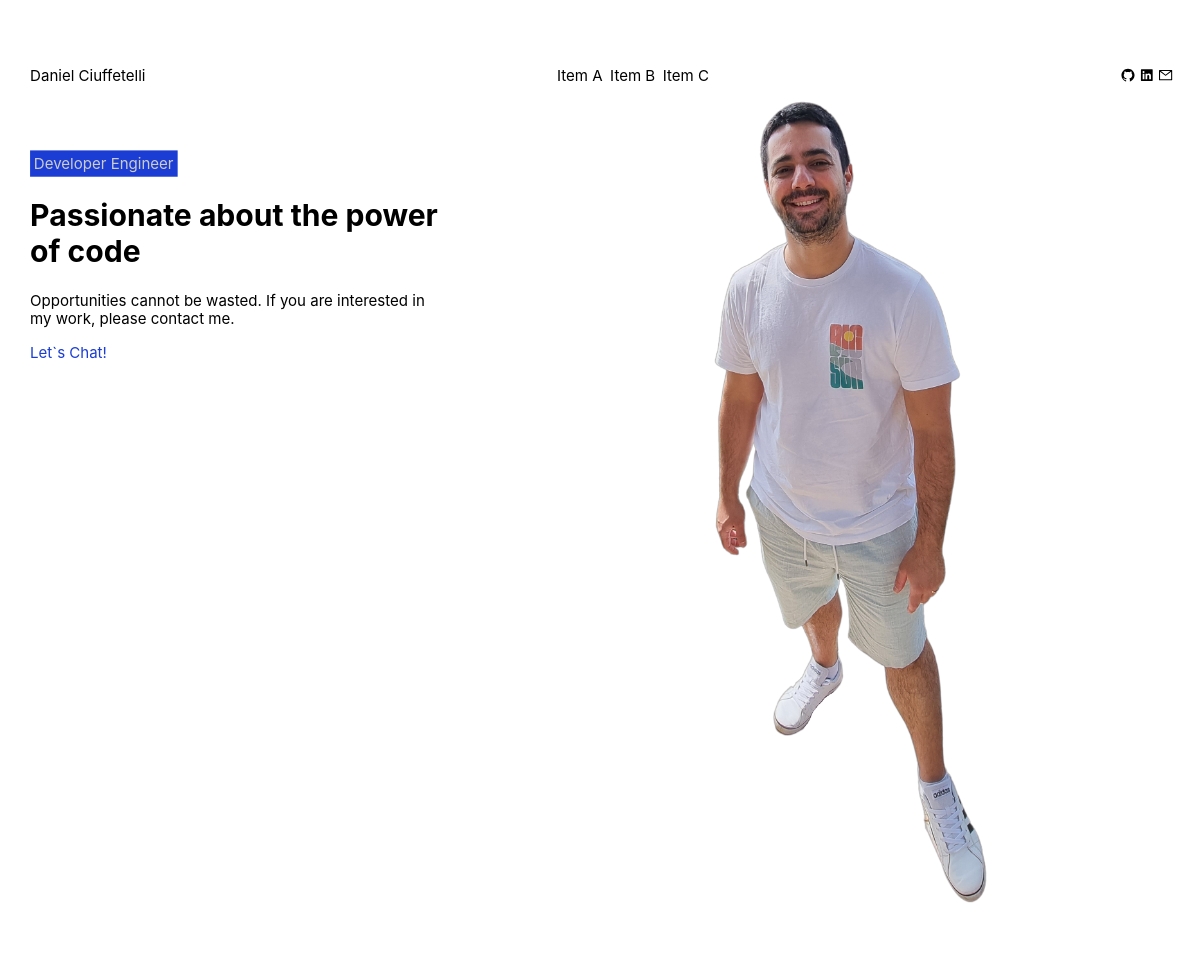
Repository: ciuffetelli/portfolio
Page: /
An editor plug-in stored every save of this project. The page is shown before and after the next save, followed by the edit.
The browser window is 1280 px wide. The pictures show the whole page, at 94% of full size.
The project was rebuilt for these pictures with package versions that can differ from the ones it lists, and the page was loaded fresh each time. The framework's server and built-in components were replaced by stand-ins that run in the browser. Also part of the build but not shown: next.config.js.

Above is the page before, as saved 2022-12-04 16:27:57.

After the next save:
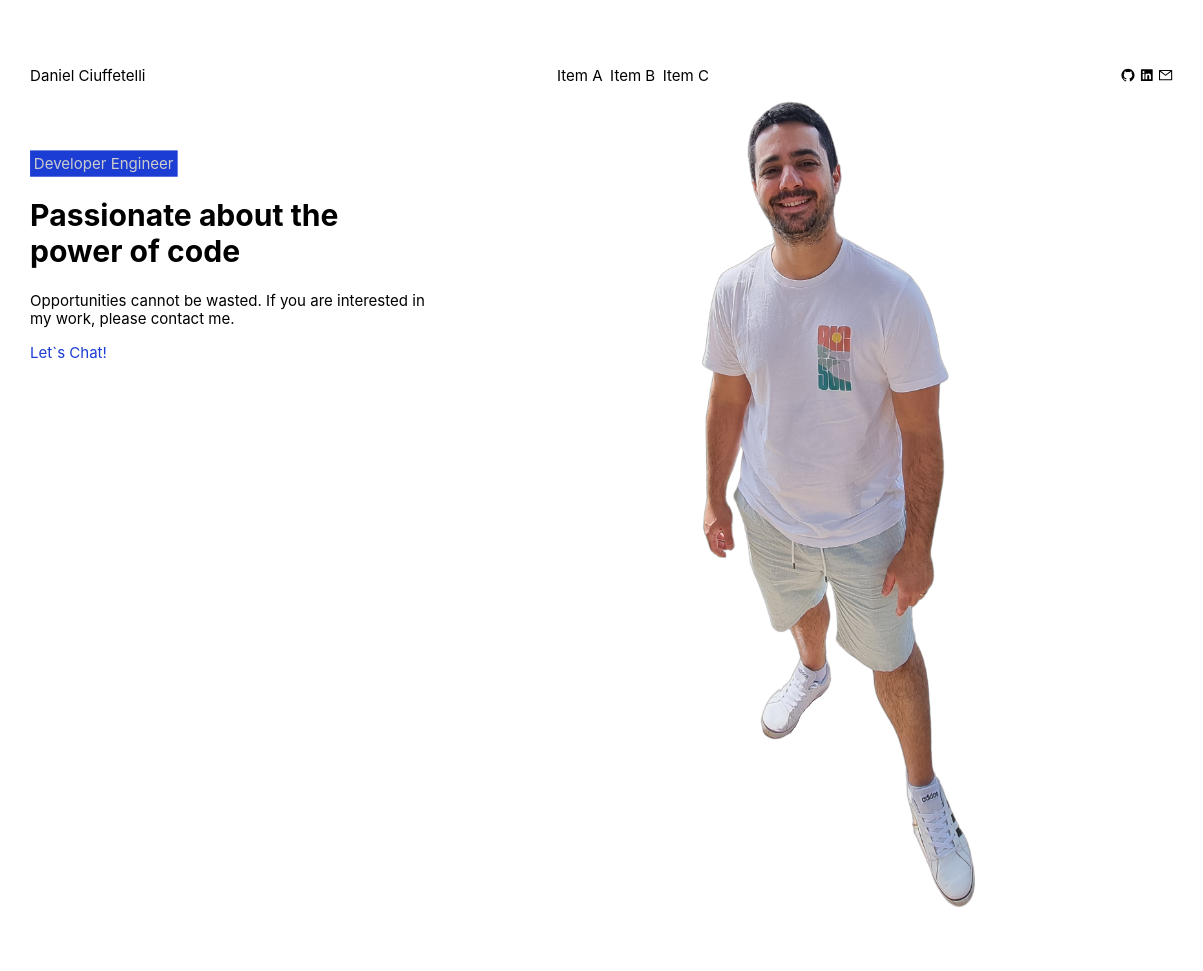
Saved 3 min 9 s later.
--- a/Components/Hero.tsx
+++ b/Components/Hero.tsx
@@ -48,6 +48,13 @@
 const RightSide = styled.div`
     display: none;
 
+    &::after {
+        content: "";
+        width: 20px;
+        height: 20px;
+        background: #fff;
+    }
+
     @media (min-width: 500px) {
         display: flex;
     }

After the save that followed:
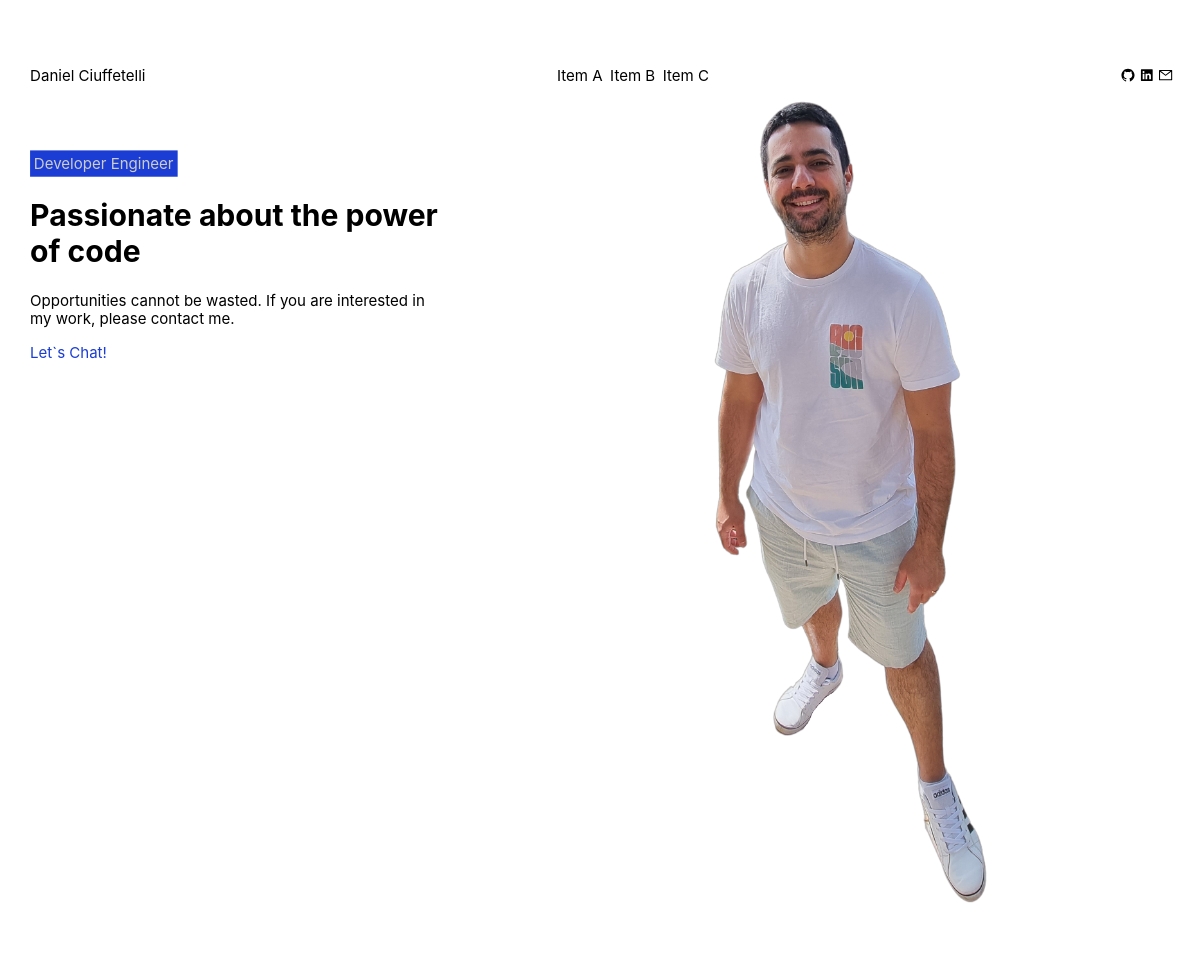
Saved 11 s later.
--- a/Components/Hero.tsx
+++ b/Components/Hero.tsx
@@ -50,6 +50,7 @@
 
     &::after {
         content: "";
+        position: absolute;
         width: 20px;
         height: 20px;
         background: #fff;
